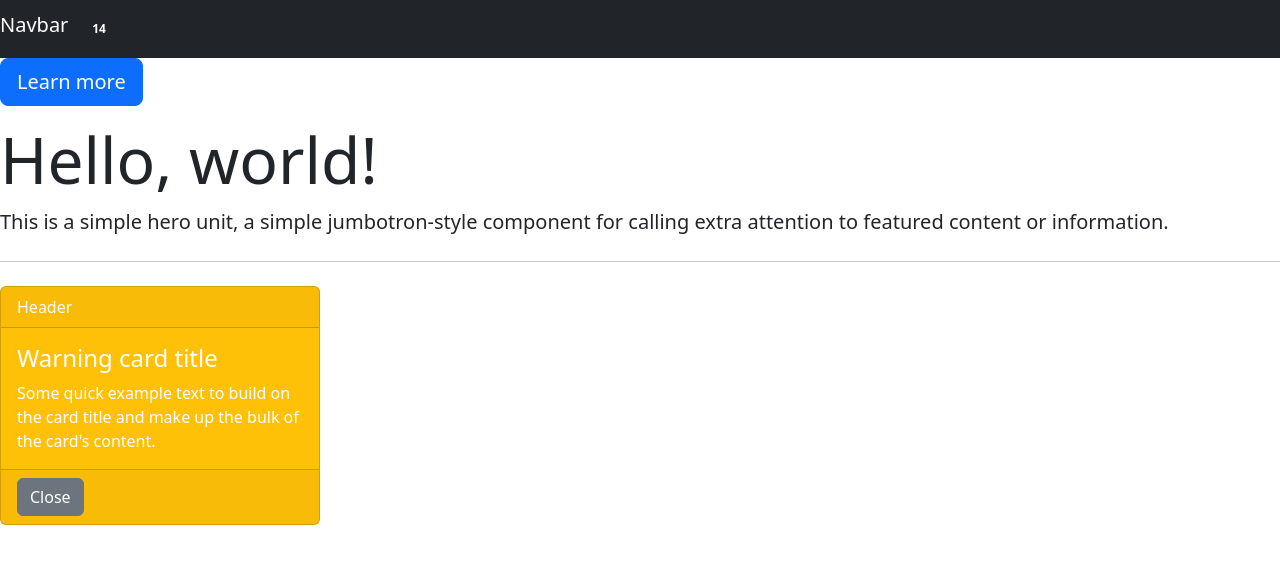
Repository: hasmelash/gitskill
Page: /
These files come from the project's save history. The page is drawn as it stood at one moment and after the next save; the edit follows.
The browser window is 1280 px wide. The pictures show the whole page.
The project was rebuilt for these pictures with package versions that can differ from the ones it lists, and the page was loaded fresh each time. Also part of the build but not shown: src/App.css.

Above is the page before, as saved 2019-08-29 23:30:43.

After the next save:
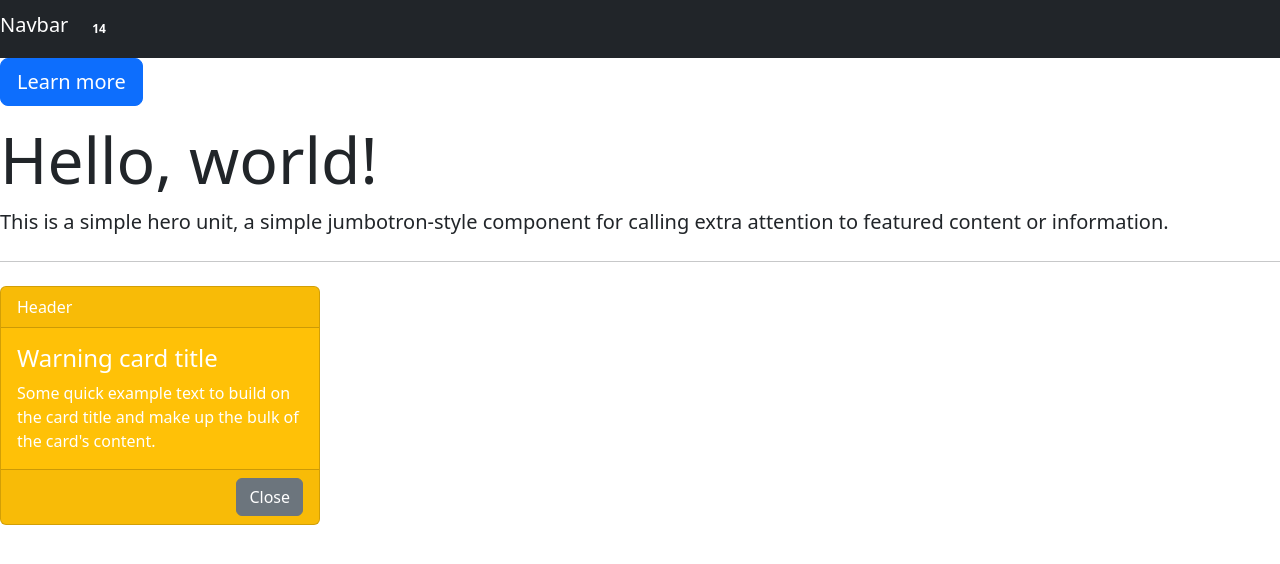
Saved 7 s later.
--- a/src/NoteComponent/NoteComponent.js
+++ b/src/NoteComponent/NoteComponent.js
@@ -12,7 +12,7 @@ class Note extends React.Component{
                         <p class="card-text">Some quick example text to build on the card title and make up the bulk of the card's content.</p>
                     </div>
                 <div class="card-footer">
-                    <button type="button" class="btn btn-secondary" data-dismiss="modal" style={{float: 'left'}}>Close</button>
+                    <button type="button" class="btn btn-secondary" data-dismiss="modal" style={{float: 'right'}}>Close</button>
                 </div>
             </div>
 
